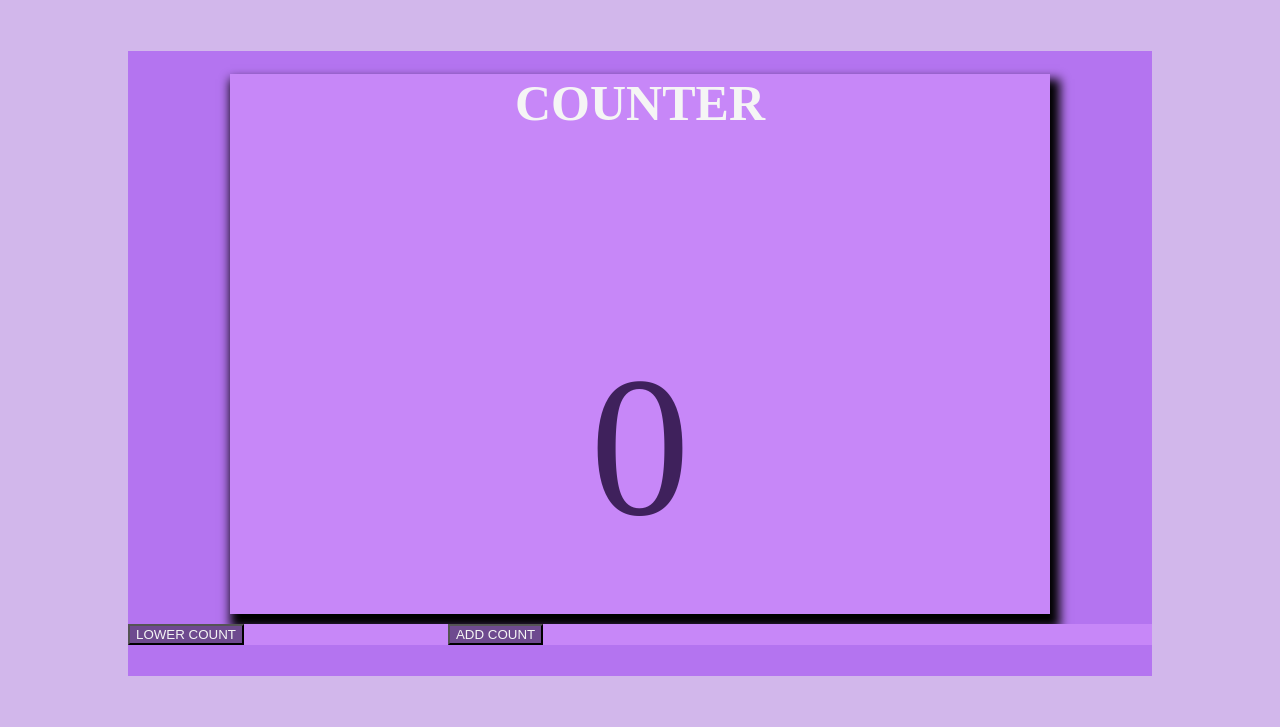
Repository: AnahitKhechumyan/Counter
Page: index.html
An editor plug-in stored every save of this project. The page is shown before and after the next save, followed by the edit.
The browser window is 1280 px wide. The pictures show the whole page.

Above is the page before, as saved 2022-02-14 21:13:46.

### index.html
<!DOCTYPE html>
<html lang="en">
<head>
    <meta charset="UTF-8">
    <meta http-equiv="X-UA-Compatible" content="IE=edge">
    <meta name="viewport" content="width=device-width, initial-scale=1.0">
    <link rel="stylesheet" href="style.css">
    <title>Counter</title>
</head>
<body>
    <div class="container">
       <div class="main">
            <div class="header">COUNTER</div>
            <p class= "counter">0</p>
           </div>
            <div class = "change">
                 <button class ="decrement" type="button">LOWER COUNT</button>
                 <button class ="increment" type="button">ADD COUNT</button>
            </div>
        </div>
    </div>
    <script src= "script.js"></script>
</body>
</html>

### style.css
body{
    margin: 0;
    background-color: rgb(210, 183, 235);
}
.container{
    background-color: rgb(180, 116, 240);
    width: 80%;
    height: 85vh;
    margin: 4% 10%;
    padding-top: 1%;

}
.main{
    background-color: rgb(199, 135, 248);
    width: 80%;
    height: 75vh;
    margin: 1% 10%;
    box-shadow: 5px 10px 10px 5px;
    text-align: center;
}
.header{
    text-align: center;
    color:whitesmoke;
    font-size: 50px;
    font-weight: 700;
}

.counter{
    font-size:200px;
    color:rgb(63, 33, 92);

}
 .change{
     background-color:  rgb(199, 135, 248)
 }
.decrement{
    margin-right: 100px;
   background-color: rgb(110, 74, 143);
   color:whitesmoke;
}
.decrement:hover{
    background-color:whitesmoke;
    color:rgb(110, 74, 143);
    cursor:pointer;
}
.increment{
    margin-left: 100px;
    background-color: rgb(110, 74, 143);
    color:whitesmoke;
}
.increment:hover{
    background-color:whitesmoke;
    color:rgb(110, 74, 143);
    cursor:pointer;
}

### script.js
let counterElem = document.querySelector('.counter');
let addCount = document.querySelector('.increment');
let lowerCount =document.querySelector('.decrement');

    let count = 0;
    updateDisplay();

 addCount.addEventListener("click",()=>{
    count++;
    counterElem.innerHTML = count;
});
lowerCount.addEventListener("click",()=>{
    count--;
    counterElem.innerHTML = count;
});

updateDisplay();
function updateDisplay(){
    counterElem.innerHTML = count;
};

After the next save:
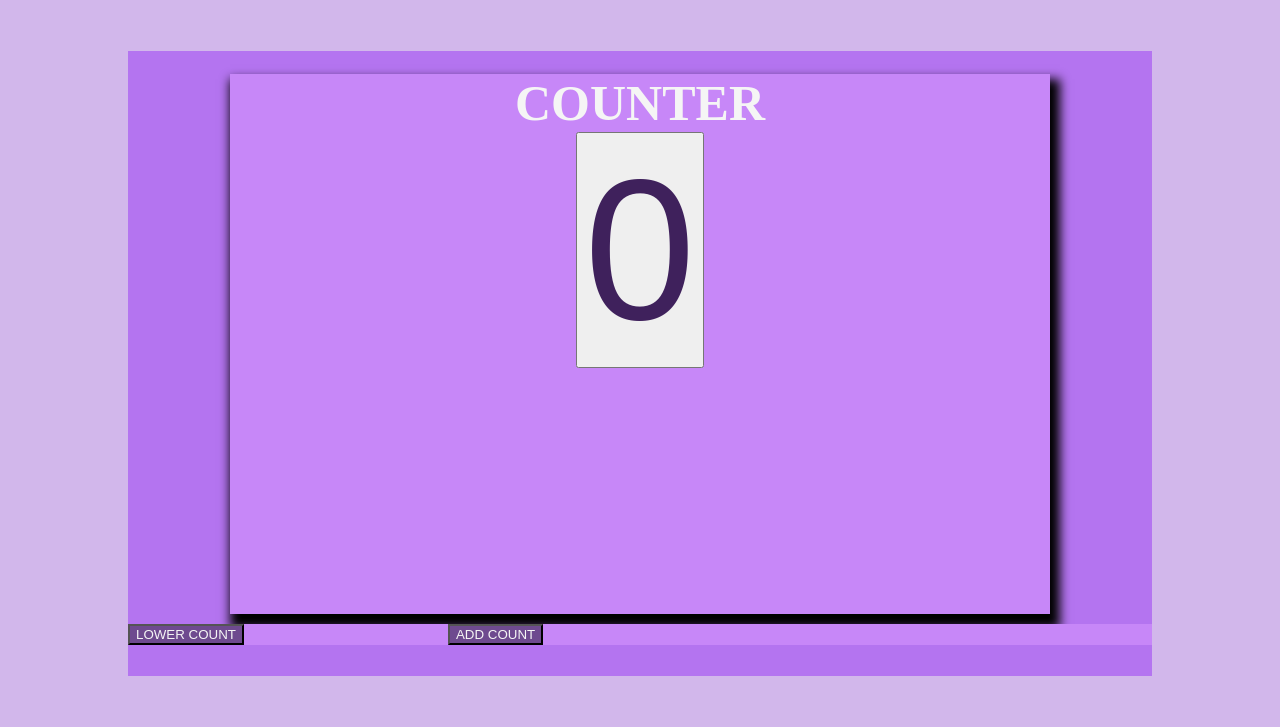
Saved 75 s later.
--- a/index.html
+++ b/index.html
@@ -11,7 +11,7 @@
     <div class="container">
        <div class="main">
             <div class="header">COUNTER</div>
-            <p class= "counter">0</p>
+            <button class= "counter">0</button>
            </div>
             <div class = "change">
                  <button class ="decrement" type="button">LOWER COUNT</button>
